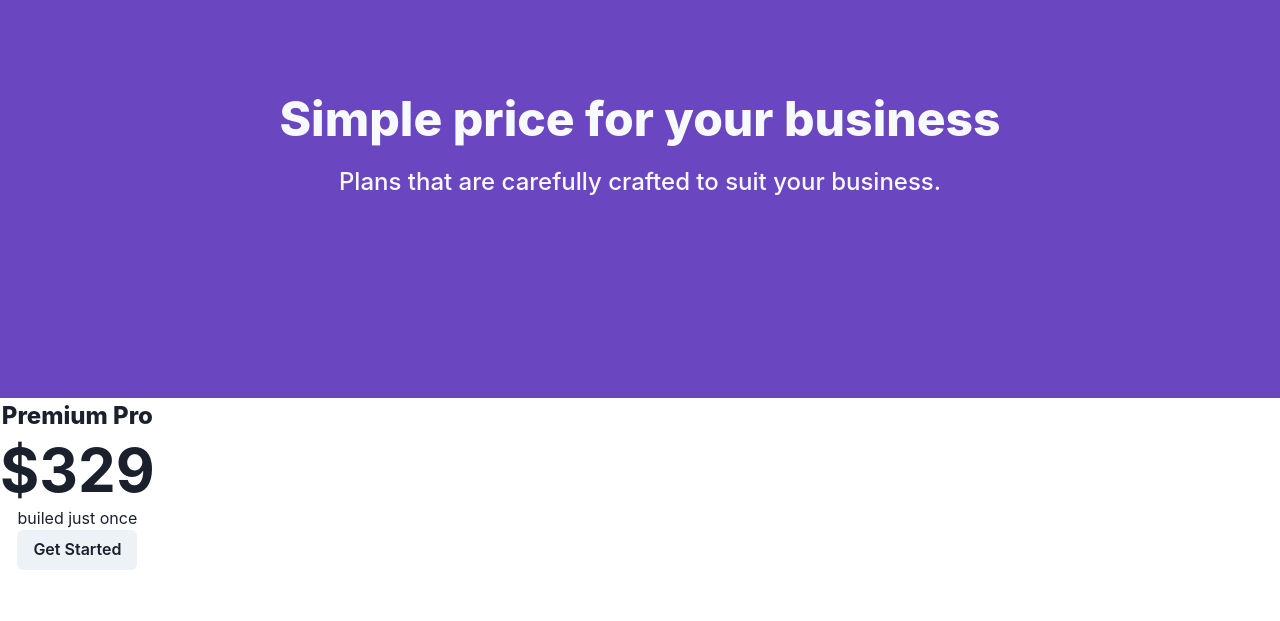
Repository: noutijo/learn-in-depth-chakra-ui
Page: /
The author's editor kept a copy of each file at every save. The page is drawn from the files as they stood at one save, then again after a run of saves.
The browser window is 1280 px wide. The pictures show the whole page.
The project was rebuilt for these pictures with package versions that can differ from the ones it lists, and the page was loaded fresh each time. Also part of the build but not shown: vite.config.ts.

Above is the page before, as saved 2023-01-30 15:36:41.

After the next 2 saves:
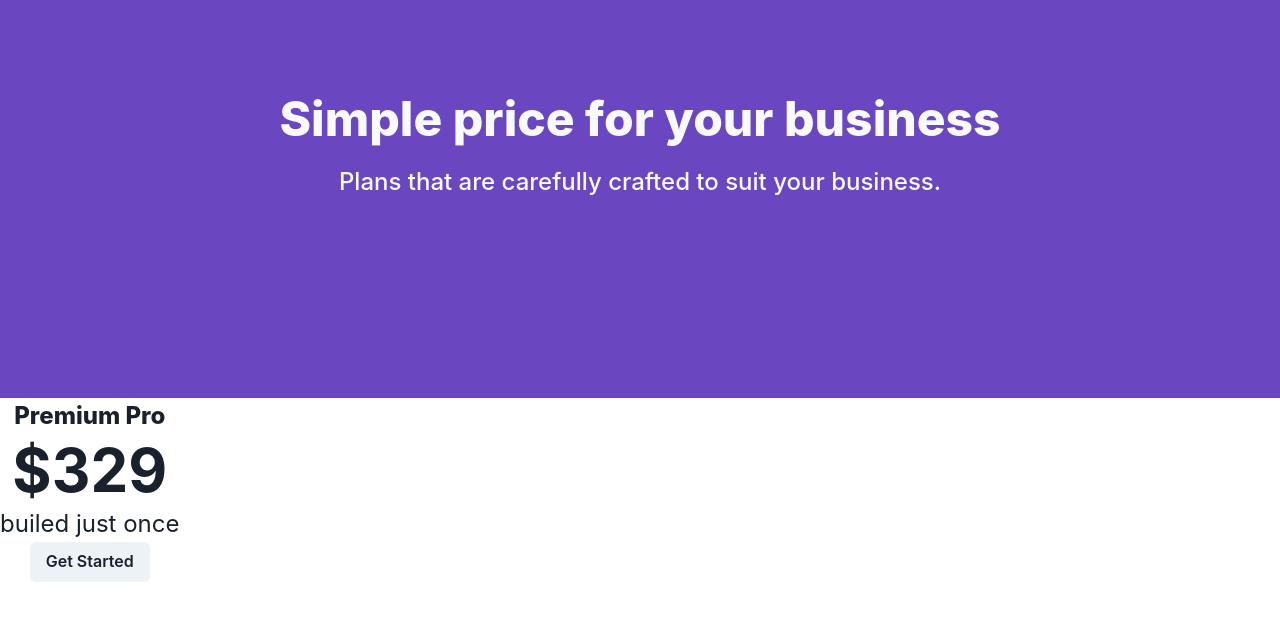
The 2 saves are shown as one change because they came seconds apart.
The last was saved 14 s later.
--- a/src/components/Pricing.tsx
+++ b/src/components/Pricing.tsx
@@ -8,7 +8,7 @@ export function Pricing() {
         <Box>
             <Text fontSize="24px" fontWeight="800">Premium Pro</Text>
             <Heading as="h3" fontSize="60px">$329</Heading>
-            <Text>builed just once</Text>
+            <Text fontSize="24px" color="800">builed just once</Text>
             <Button>Get Started</Button>
         </Box>
         <Box></Box>
